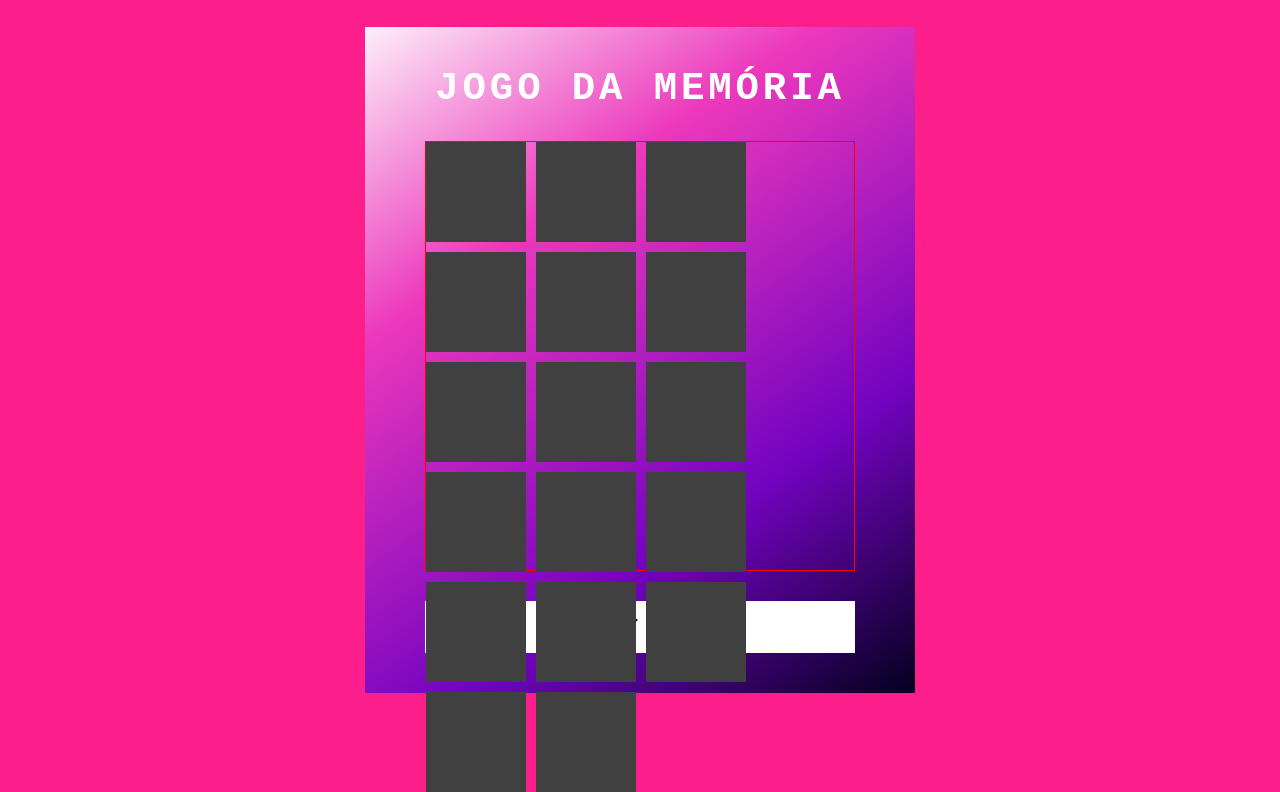
Repository: Zoemateus324/memory-game
Page: index.html
These files come from the project's save history. The page is drawn as it stood at one moment and after the next save; the edit follows.
The browser window is 1280 px wide. The pictures show the whole page.

Above is the page before, as saved 2024-11-27 08:56:58.

After the next save:
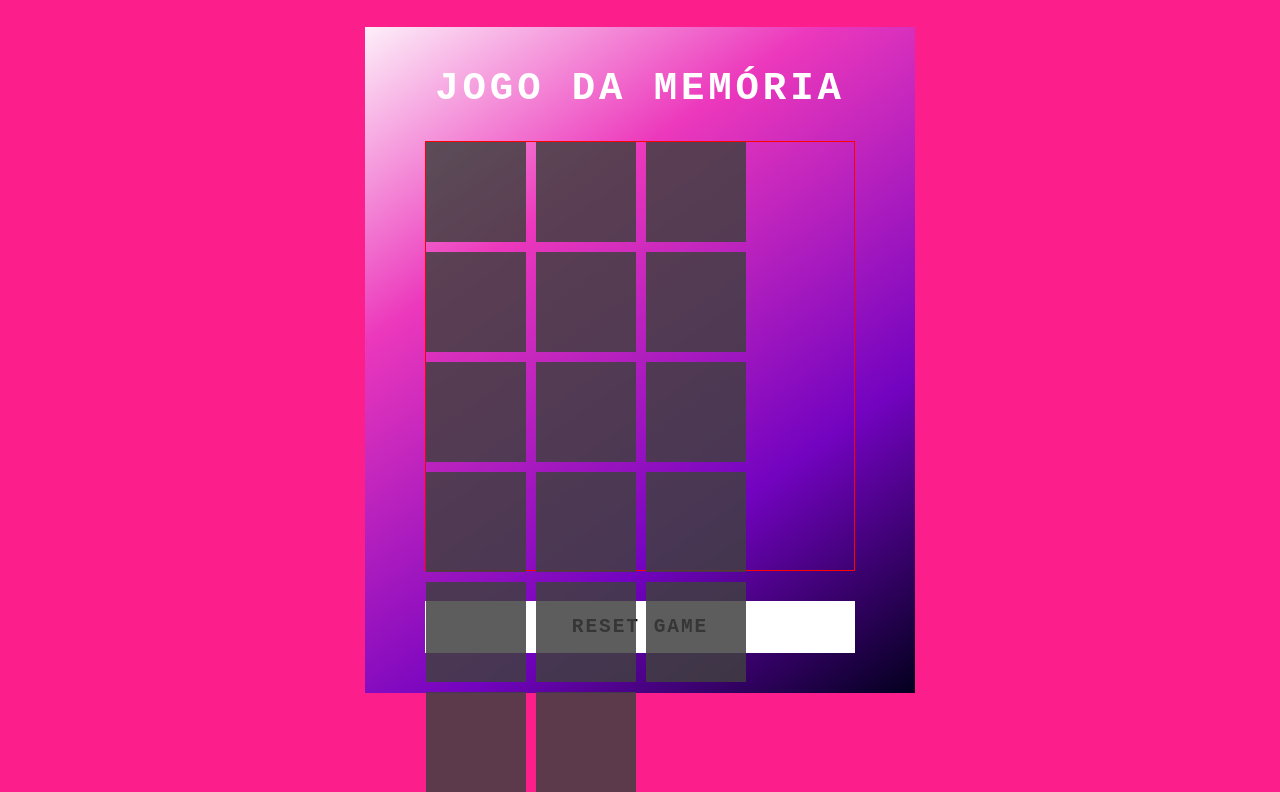
Saved 15 s later.
--- a/src/styles/main.css
+++ b/src/styles/main.css
@@ -70,6 +70,7 @@ h2{
     position:relative;
     width:100px;
     height:100px;
+    opacity:85%;
     display:flex;
     align-items:center;
     justify-content:center;
